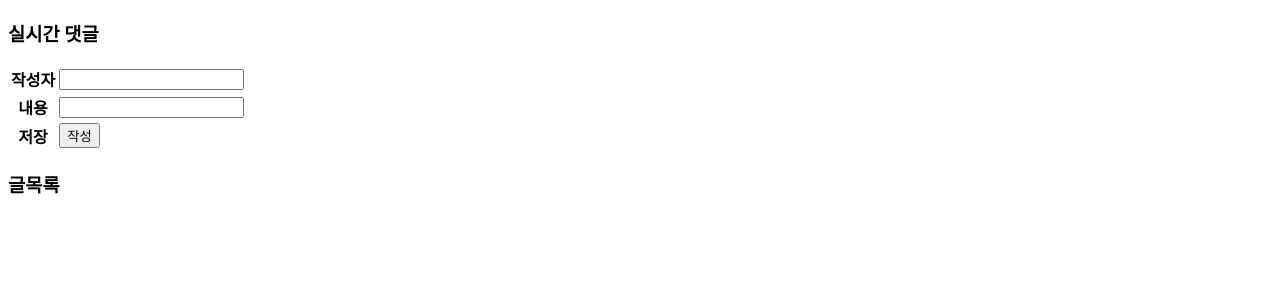
Repository: rmsudrmsud/SourceTree
Page: html/src/main/webapp/j3/board.html
These files come from the project's save history. The page is drawn as it stood at one moment and after the next save; the edit follows.
The browser window is 1280 px wide. The pictures show the whole page.

Above is the page before, as saved 2022-11-23 02:13:18.

### html/src/main/webapp/j3/board.html
<!DOCTYPE html>
<html>
<head>
<meta charset="UTF-8">
<title>Insert title here</title>
<script type="text/javascript">
const write = () => {

}
</script>
</head>
<body>
<h3>실시간 댓글</h3>
<form action="" name="addForm">
<table id="t1">
<tr>
	<th>작성자</th>
	<td><input type="text" id="writer" name="writer"></td>
</tr>
<tr>
	<th>내용</th>
	<td><input type="text" id="content" name="content"></td>
</tr>
<tr>
	<th>저장</th>
	<td><input type="button" value="작성" onclick="write()"></td>
</tr>
</table>
</form>
<h3>글목록</h3>
<div id="list"></div>
</body>
</html>

After the next save:
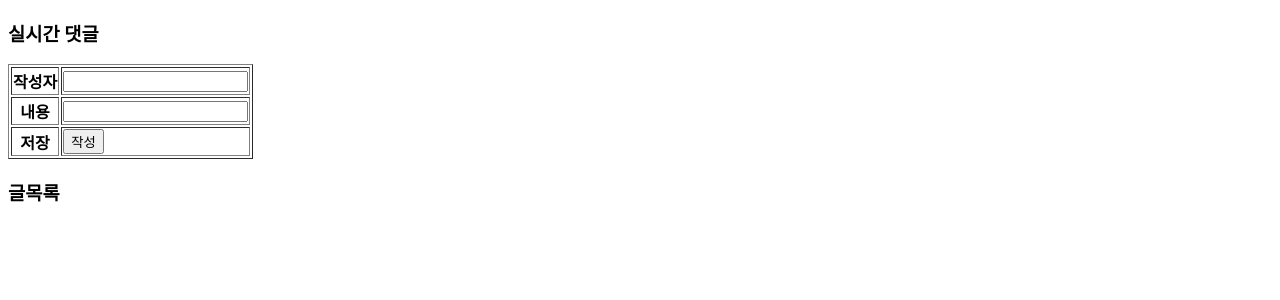
Saved 20 s later.
--- a/html/src/main/webapp/j3/board.html
+++ b/html/src/main/webapp/j3/board.html
@@ -12,7 +12,7 @@
 <body>
 <h3>실시간 댓글</h3>
 <form action="" name="addForm">
-<table id="t1">
+<table id="t1" border="1">
 <tr>
 	<th>작성자</th>
 	<td><input type="text" id="writer" name="writer"></td>
